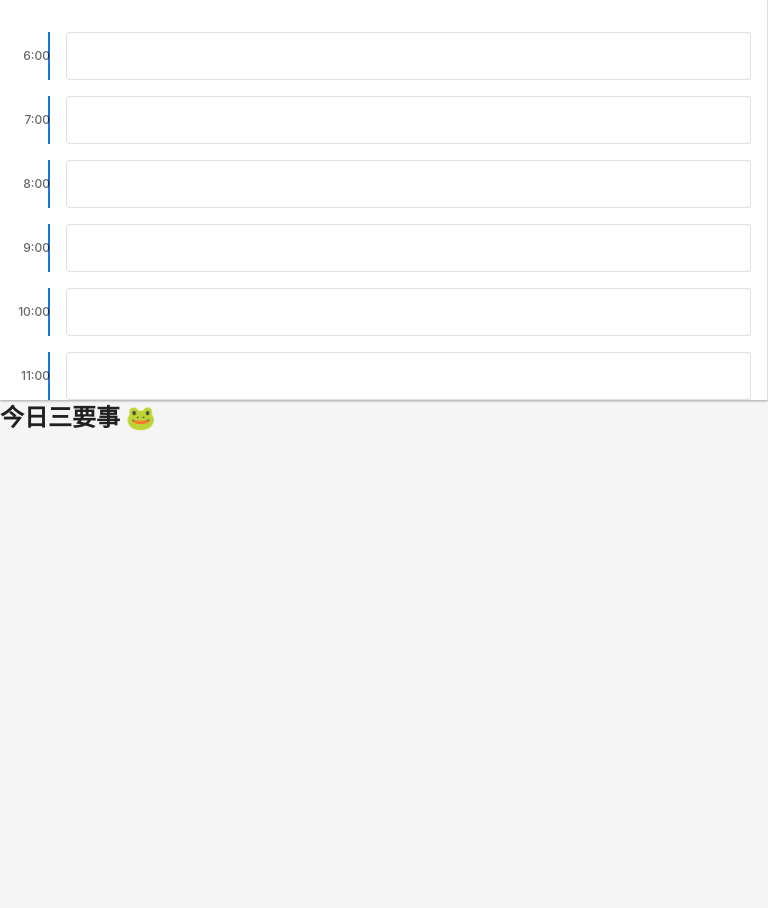
Repository: a6288a/Daily-Planner
Page: index.html
The author's editor kept a copy of each file at every save. The page is drawn from the files as they stood at one save, then again after the next save.
The browser window is 768 px wide. The pictures show the whole page.
An inner scrolling area shows only its first screen.

Above is the page before, as saved 2024-12-10 15:53:35.

### index.html
<!DOCTYPE html>
<html lang="zh">
<head>
    <meta charset="UTF-8">
    <meta name="viewport" content="width=device-width, initial-scale=1.0">
    <title>每日规划笔记本</title>
    <link rel="stylesheet" href="styles.css">
</head>
<body>
    <div class="container">
        <!-- 左侧时间轴区域 -->
        <div class="timeline-area">
            <div class="timeline-container" id="timeline-container">
                <!-- 时间轴将通过 JS 动态生成 -->
            </div>
        </div>

        <!-- 右侧区域 -->
        <div class="right-area">
            <!-- 三只青蛙区域 -->
            <div class="frogs-area">
                <h2 class="frogs-title">今日三要事 <span class="frog-emoji">🐸</span></h2>
                <div class="frog-tasks">
                    <div class="frog-task" contenteditable="true" data-placeholder="重要任务 1"></div>
                    <div class="frog-task" contenteditable="true" data-placeholder="重要任务 2"></div>
                    <div class="frog-task" contenteditable="true" data-placeholder="重要任务 3"></div>
                </div>
            </div>

            <!-- 自由记录区域 -->
            <div class="free-area" id="free-area">
                <!-- 便签将通过 JS 动态生成 -->
            </div>
        </div>
    </div>
    <script src="script.js"></script>
</body>
</html>

### styles.css
:root {
    /* Material Design 颜色变量 */
    --primary-color: #1976d2;
    --primary-light: #63a4ff;
    --primary-dark: #004ba0;
    --surface-color: #ffffff;
    --background-color: #f5f5f5;
    --text-primary: rgba(0, 0, 0, 0.87);
    --text-secondary: rgba(0, 0, 0, 0.6);
    --border-color: rgba(0, 0, 0, 0.12);

    /* 阴影变量 */
    --shadow-1: 0 1px 3px rgba(0,0,0,0.12), 0 1px 2px rgba(0,0,0,0.24);
    --shadow-2: 0 3px 6px rgba(0,0,0,0.15), 0 2px 4px rgba(0,0,0,0.12);

    /* 间距变量 */
    --spacing-unit: 8px;
}

* {
    margin: 0;
    padding: 0;
    box-sizing: border-box;
}

body {
    font-family: -apple-system, BlinkMacSystemFont, 'Segoe UI', Roboto, Oxygen, Ubuntu, Cantarell, sans-serif;
    color: var(--text-primary);
    background-color: var(--background-color);
    line-height: 1.5;
}

.container {
    display: grid;
    grid-template-columns: 1fr 1fr; /* 左右各占50% */
    min-height: 100vh;
    width: 100%;
    max-width: 2000px; /* 限制最大宽度 */
    margin: 0 auto;
}

/* 时间轴区域样式 */
.timeline-area {
    border-right: 1px solid var(--border-color);
    background: var(--surface-color);
    height: 100vh;
    overflow-y: auto;
    position: relative;
    box-shadow: var(--shadow-1);
}

.timeline-container {
    padding: calc(var(--spacing-unit) * 2);
}

.time-slot {
    border-left: 2px solid var(--primary-color);
    margin: calc(var(--spacing-unit) * 2) 0;
    margin-left: calc(var(--spacing-unit) * 4);
    position: relative;
    transition: all 0.3s ease;
}

.time-label {
    position: absolute;
    left: calc(var(--spacing-unit) * -8);
    top: 50%;
    transform: translateY(-50%);
    font-size: 0.875rem;
    color: var(--text-secondary);
    font-weight: 500;
    width: calc(var(--spacing-unit) * 6);
    text-align: right;
}

.time-content {
    margin-left: calc(var(--spacing-unit) * 2);
    min-height: calc(var(--spacing-unit) * 6);
    border: 1px solid var(--border-color);
    border-radius: 4px;
    padding: var(--spacing-unit);
    background: var(--surface-color);
    cursor: pointer;
    transition: all 0.2s ease;
}

.time-content:hover {
    border-color: var(--primary-color);
    box-shadow: var(--shadow-1);
}

.time-content:focus {
    outline: none;
    border-color: var(--primary-color);
    box-shadow: var(--shadow-2);
}

/* 自由区域样式 */
.free-area {
    padding: calc(var(--spacing-unit) * 2);
    position: relative;
    background: var(--background-color);
    height: 100vh;
    overflow: auto;
}

.note {
    position: absolute;
    min-width: 200px;
    min-height: 120px;
    background: var(--surface-color);
    border-radius: 4px;
    padding: calc(var(--spacing-unit) * 1.5);
    cursor: move;
    box-shadow: var(--shadow-1);
    transition: all 0.2s ease;
}

.note:hover {
    box-shadow: var(--shadow-2);
}

.editable {
    width: 100%;
    height: 100%;
    border: none;
    resize: none;
    font-family: inherit;
    font-size: 0.9375rem;
    color: var(--text-primary);
    background: transparent;
    padding: 0;
}

.editable:focus {
    outline: none;
}

/* 响应式设计 */
@media (max-width: 768px) {
    .container {
        grid-template-columns: 1fr; /* 在小屏幕上堆叠显示 */
    }

    .timeline-area,
    .free-area {
        height: 50vh; /* 上下各占一半 */
    }

    .time-label {
        font-size: 0.75rem;
        left: calc(var(--spacing-unit) * -6);
    }

    .note {
        min-width: 160px;
        min-height: 100px;
    }
}

/* 滚动条美化 */
::-webkit-scrollbar {
    width: 8px;
}

::-webkit-scrollbar-track {
    background: var(--background-color);
}

::-webkit-scrollbar-thumb {
    background: var(--primary-light);
    border-radius: 4px;
}

::-webkit-scrollbar-thumb:hover {
    background: var(--primary-color);
}

### script.js
// 初始化数据
let timelineData = JSON.parse(localStorage.getItem('timelineData')) || {};
let freeNotes = JSON.parse(localStorage.getItem('freeNotes')) || [];

// 初始化页面
document.addEventListener('DOMContentLoaded', () => {
    initializeTimeline();
    initializeFreeArea();
    loadSavedData();
});

// 初始化时间轴
function initializeTimeline() {
    const container = document.getElementById('timeline-container');

    // 生成6:00-24:00的时间槽
    for (let hour = 6; hour <= 24; hour++) {
        const timeSlot = document.createElement('div');
        timeSlot.className = 'time-slot';

        const timeLabel = document.createElement('div');
        timeLabel.className = 'time-label';
        timeLabel.textContent = `${hour}:00`;

        const timeContent = document.createElement('div');
        timeContent.className = 'time-content';
        timeContent.contentEditable = true;
        timeContent.dataset.hour = hour;

        // 加载保存的数据
        if (timelineData[hour]) {
            timeContent.textContent = timelineData[hour];
        }

        // 保存输入的内容
        timeContent.addEventListener('blur', (e) => {
            const hour = e.target.dataset.hour;
            timelineData[hour] = e.target.textContent;
            saveToLocalStorage();
        });

        // 添加拖拽功能
        timeContent.draggable = true;
        timeContent.addEventListener('dragstart', handleDragStart);
        timeContent.addEventListener('dragover', handleDragOver);
        timeContent.addEventListener('drop', handleDrop);

        timeSlot.appendChild(timeLabel);
        timeSlot.appendChild(timeContent);
        container.appendChild(timeSlot);
    }
}

// 初始化自由区域
function initializeFreeArea() {
    const freeArea = document.getElementById('free-area');

    // 点击空白处添加新便签
    freeArea.addEventListener('dblclick', (e) => {
        if (e.target === freeArea) {
            createNote(e.clientX, e.clientY);
        }
    });
}

// 创建新便签
function createNote(x, y) {
    const note = document.createElement('div');
    note.className = 'note';

    const textarea = document.createElement('textarea');
    textarea.className = 'editable';

    note.style.left = `${x}px`;
    note.style.top = `${y}px`;

    note.appendChild(textarea);
    document.getElementById('free-area').appendChild(note);

    // 使便签可拖动
    makeDraggable(note);

    // 保存便签内容
    textarea.addEventListener('blur', () => {
        const noteData = {
            id: Date.now(),
            content: textarea.value,
            position: {
                x: note.offsetLeft,
                y: note.offsetTop
            }
        };
        freeNotes.push(noteData);
        saveToLocalStorage();
    });
}

// 使元素可拖动
function makeDraggable(element) {
    let pos1 = 0, pos2 = 0, pos3 = 0, pos4 = 0;

    element.onmousedown = dragMouseDown;

    function dragMouseDown(e) {
        e.preventDefault();
        pos3 = e.clientX;
        pos4 = e.clientY;
        document.onmouseup = closeDragElement;
        document.onmousemove = elementDrag;
    }

    function elementDrag(e) {
        e.preventDefault();
        pos1 = pos3 - e.clientX;
        pos2 = pos4 - e.clientY;
        pos3 = e.clientX;
        pos4 = e.clientY;

        element.style.top = (element.offsetTop - pos2) + "px";
        element.style.left = (element.offsetLeft - pos1) + "px";
    }

    function closeDragElement() {
        document.onmouseup = null;
        document.onmousemove = null;
    }
}

// 处理时间轴拖拽
function handleDragStart(e) {
    e.dataTransfer.setData('text/plain', e.target.dataset.hour);
}

function handleDragOver(e) {
    e.preventDefault();
}

function handleDrop(e) {
    e.preventDefault();
    const sourceHour = e.dataTransfer.getData('text/plain');
    const targetHour = e.target.dataset.hour;

    // 交换内容
    const temp = timelineData[sourceHour];
    timelineData[sourceHour] = timelineData[targetHour];
    timelineData[targetHour] = temp;

    // 更新显示
    loadSavedData();
}

// 加载保存的数据
function loadSavedData() {
    // 加载时间轴数据
    for (const hour in timelineData) {
        const timeContent = document.querySelector(`[data-hour="${hour}"]`);
        if (timeContent) {
            timeContent.textContent = timelineData[hour];
        }
    }

    // 加载自由区便签
    freeNotes.forEach(note => {
        const noteElement = document.createElement('div');
        noteElement.className = 'note';
        noteElement.style.left = `${note.position.x}px`;
        noteElement.style.top = `${note.position.y}px`;

        const textarea = document.createElement('textarea');
        textarea.className = 'editable';
        textarea.value = note.content;

        noteElement.appendChild(textarea);
        document.getElementById('free-area').appendChild(noteElement);
        makeDraggable(noteElement);
    });
}

// 保存到本地存储
function saveToLocalStorage() {
    localStorage.setItem('timelineData', JSON.stringify(timelineData));
    localStorage.setItem('freeNotes', JSON.stringify(freeNotes));
}

After the next save:
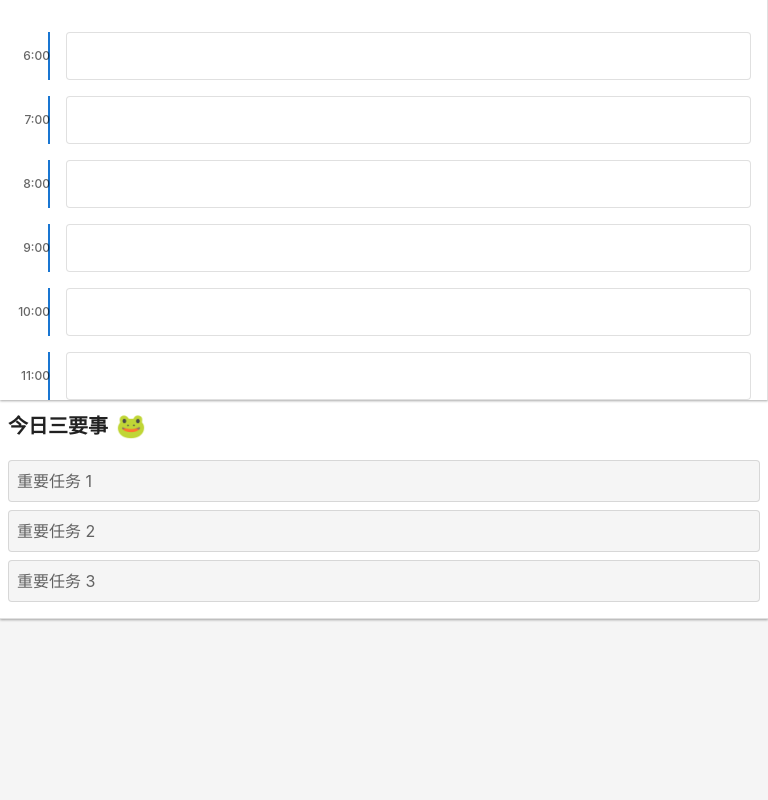
Saved 13 s later.
--- a/styles.css
+++ b/styles.css
@@ -97,11 +97,10 @@ body {
 
 /* 自由区域样式 */
 .free-area {
-    padding: calc(var(--spacing-unit) * 2);
-    position: relative;
-    background: var(--background-color);
-    height: 100vh;
+    flex: 1;
     overflow: auto;
+    padding: calc(var(--spacing-unit) * 2);
+    position: relative;
 }
 
 .note {
@@ -143,7 +142,7 @@ body {
     }
 
     .timeline-area,
-    .free-area {
+    .right-area {
         height: 50vh; /* 上下各占一半 */
     }
 
@@ -175,3 +174,99 @@ body {
 ::-webkit-scrollbar-thumb:hover {
     background: var(--primary-color);
 }
+
+/* 修改右侧区域结构 */
+.right-area {
+    display: flex;
+    flex-direction: column;
+    height: 100vh;
+    background: var(--background-color);
+}
+
+/* 三只青蛙区域样式 */
+.frogs-area {
+    background: var(--surface-color);
+    padding: calc(var(--spacing-unit) * 2);
+    box-shadow: var(--shadow-1);
+    border-bottom: 1px solid var(--border-color);
+}
+
+.frogs-title {
+    font-size: 1.25rem;
+    color: var(--text-primary);
+    margin-bottom: calc(var(--spacing-unit) * 2);
+    display: flex;
+    align-items: center;
+    gap: var(--spacing-unit);
+}
+
+.frog-emoji {
+    font-size: 1.5rem;
+}
+
+.frog-tasks {
+    display: grid;
+    gap: calc(var(--spacing-unit) * 2);
+    margin-bottom: var(--spacing-unit);
+}
+
+.frog-task {
+    position: relative;
+    padding: calc(var(--spacing-unit) * 1.5);
+    background: var(--background-color);
+    border-radius: 4px;
+    border: 1px solid var(--border-color);
+    min-height: calc(var(--spacing-unit) * 6);
+    transition: all 0.2s ease;
+}
+
+.frog-task:empty::before {
+    content: attr(data-placeholder);
+    color: var(--text-secondary);
+    position: absolute;
+    pointer-events: none;
+}
+
+.frog-task:hover {
+    border-color: var(--primary-color);
+    box-shadow: var(--shadow-1);
+}
+
+.frog-task:focus {
+    outline: none;
+    border-color: var(--primary-color);
+    box-shadow: var(--shadow-2);
+}
+
+/* 修改自由区域样式 */
+.free-area {
+    flex: 1;
+    overflow: auto;
+    padding: calc(var(--spacing-unit) * 2);
+    position: relative;
+}
+
+/* 响应式设计更新 */
+@media (max-width: 768px) {
+    .container {
+        grid-template-columns: 1fr;
+    }
+
+    .timeline-area,
+    .right-area {
+        height: 50vh;
+    }
+
+    .frogs-area {
+        padding: var(--spacing-unit);
+    }
+
+    .frog-tasks {
+        gap: var(--spacing-unit);
+    }
+
+    .frog-task {
+        padding: var(--spacing-unit);
+        min-height: calc(var(--spacing-unit) * 5);
+    }
+}
